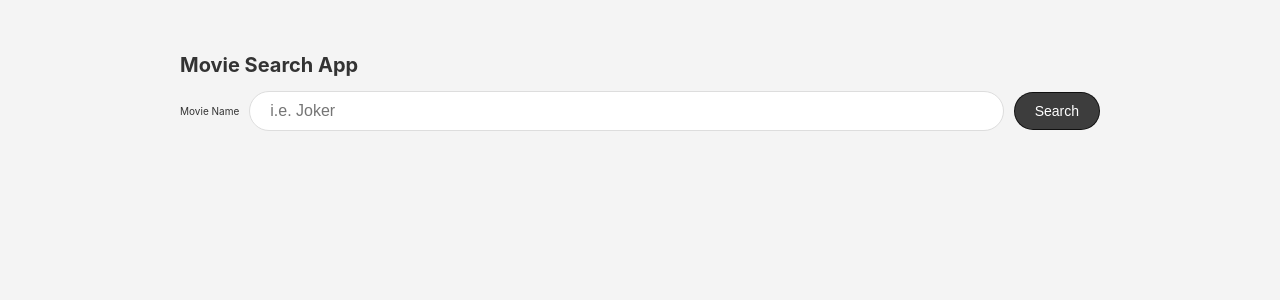
Repository: alialshara94/Movies-Search-React
Page: /
The author's editor kept a copy of each file at every save. The page is drawn from the files as they stood at one save, then again after the next save.
The browser window is 1280 px wide. The pictures show the whole page.
The project was rebuilt for these pictures with package versions that can differ from the ones it lists, and the page was loaded fresh each time.

Above is the page before, as saved 2020-10-22 00:55:10.

### src/App.js
import React from 'react';
import './App.css';
import SearchMovies from './components/SearchMovies';

function App() {
  return (
    <div className="container">
      <h1>Movie Search App</h1>
      <SearchMovies/>
    </div>
  );
}

export default App;

### src/App.css
html {
  font-size: 10px;
}

* {
  box-sizing: border-box;
}

body {
  margin: 0;
  padding: 0;
  background-color: rgb(244,244,244);
  color: #333;
}

p {
  font-size: 1.6rem;
}

small {
  font-size: 1.2rem;
}

.container {
  margin: 0 auto;
  max-width:1000px;
  padding: 40px;
}

.title {
  font-size: 4.4rem;
  text-align: center
}

.form {
  display:grid;
}

.label {
  font-size: 1.2rem;
  margin-bottom: 0.2rem;
  text-transform: uppercase;
}

.input {
  font-size: 1.6rem;
  padding: 0.5rem 2rem;
  line-height: 2.8rem;
  border-radius: 20px;
  border: 1px solid #ddd;
  margin-bottom: 1rem;
}

.button {
  background-color: rgba(0,0,0,0.75);
  color: white;
  padding: 1rem 2rem;
  border: 1px solid rgba(0,0,0,0.75);
  border-radius: 20px;
  font-size: 1.4rem;
  cursor: pointer;
  transition: background-color 250ms;
}

.button:hover {
  background-color: rgba(0,0,0,0.85);
}

@media (min-width:786px){
  .form {
      grid-template-columns: auto 1fr auto;
      grid-gap: 1rem;
      align-items: center;
  }

  .input {
      margin-bottom: 0;
  }
}

.card-list {
  margin-top: 4rem;
}

.card {
  padding: 2rem 4rem;
  border-radius: 10px;
  box-shadow: 1px 1px 5px rgba(0,0,0,0.25);
  margin-bottom: 2rem;
  background-color: white;
}

.card--title {
  margin-bottom: 0.5rem;
  font-size: 3.2rem;
}

.card--image {
  margin: 0 auto;
  display: block
}

### src/components/SearchMovies.js
import React, { useState } from 'react';
import MovieCard from './MovieCard';
// https://api.themoviedb.org/3/movie/550?api_key=7c00834b035c312442f00360919940b7
//
// https://api.themoviedb.org/3/search/company?api_key=<<api_key>>&query=a&page=1

const SearchMovies = () => {


    const [query, setQuery] = useState('');
    const [movies, setMovies] = useState([]);

    const searchMovies = async e => {
        e.preventDefault();
        console.log("ok");
        const api_key = "7c00834b035c312442f00360919940b7";
        const url = `https://api.themoviedb.org/3/search/movie?api_key=${api_key}&query=${query}&page=1`;

        try {
            const res = await fetch(url);
            const data = await res.json();
            setMovies(data.results);
        } catch (err) {
            console.error(err);
        }
    };

    const handleQuerySearch = e => {
        setQuery(e.target.value);
    }

    return (
        <div>
            <form className="form" onSubmit={searchMovies}>
                <label htmlFor="query" className="Label">Movie Name</label>
                <input className="input" onChange={handleQuerySearch} value={query} type="text" name="query" placeholder="i.e. Joker" />
                <button type="submit" className="button">Search</button>
            </form>
            <MovieCard movies={movies}/>
        </div>
    );
}

export default SearchMovies;

### src/components/MovieCard.js
import React from 'react';

const MovieCard = ({movies}) => {
    return (
        <div className="card-list">
            {movies.filter(movie => movie.poster_path).map(movie => (
                <div className="card" key={movie.id}>
                    <img className="card--image"
                        src={`https://image.tmdb.org/t/p/w185_and_h278_bestv2/${movie.poster_path}`}
                        alt={movie.title + ' info'}
                    />
                    <div className="card--content">
                        <h3 className="card--title">{movie.title}</h3>
                        <p><small>RELEASE DATE: {movie.release_date}</small></p>
                        <p><small>RATING: {movie.vote_average}</small></p>
                        <p className="card--desc">{movie.overview}</p>
                    </div>
                </div>
            ))}
        </div>
    );
};

export default MovieCard;

Loaded but not shown: public/index.html (common file); src/index.js (common file); src/index.css (common file); src/serviceWorker.js (common file)

After the next save:
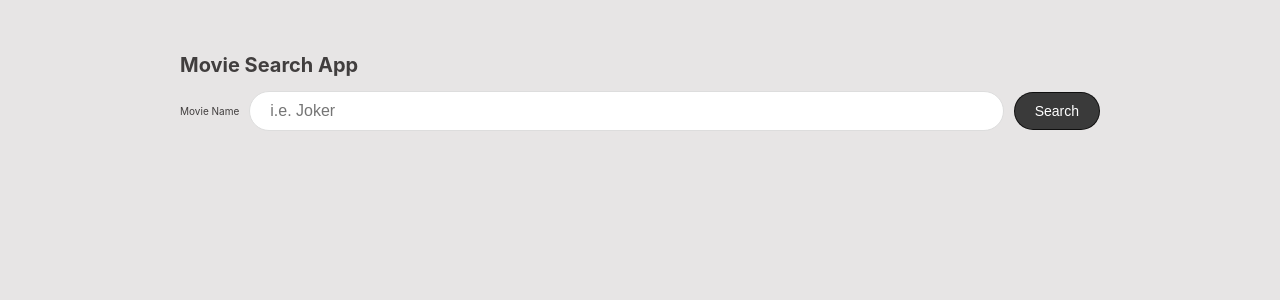
Saved 6 min 19 s later.
--- a/src/App.css
+++ b/src/App.css
@@ -9,8 +9,8 @@ html {
 body {
   margin: 0;
   padding: 0;
-  background-color: rgb(244,244,244);
-  color: #333;
+  background-color: rgb(231, 229, 229);
+  color: rgb(65, 62, 62);
 }
 
 p {
@@ -63,7 +63,7 @@ small {
 }
 
 .button:hover {
-  background-color: rgba(0,0,0,0.85);
+  background-color: rgba(0, 0, 0, 0.678);
 }
 
 @media (min-width:786px){
@@ -85,9 +85,9 @@ small {
 .card {
   padding: 2rem 4rem;
   border-radius: 10px;
-  box-shadow: 1px 1px 5px rgba(0,0,0,0.25);
+  box-shadow: 1px 1px 5px rgba(0, 0, 0, 0.349);
   margin-bottom: 2rem;
-  background-color: white;
+  background-color: rgb(255, 238, 238);
 }
 
 .card--title {
